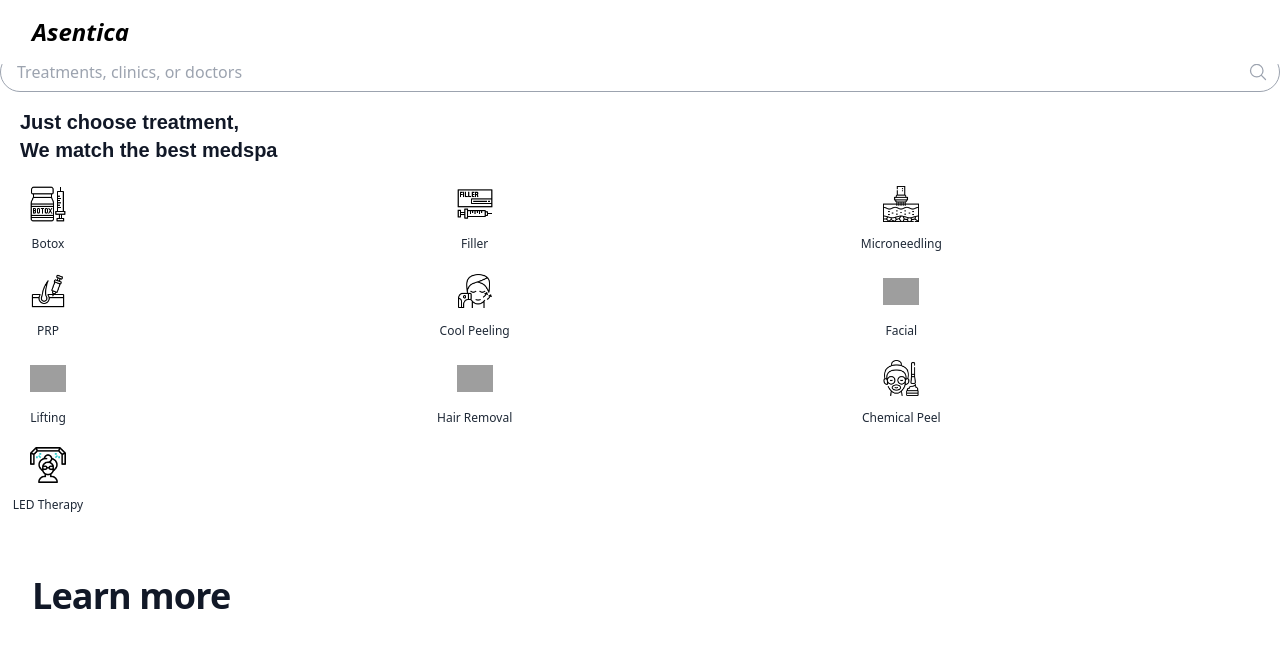
Repository: jungkeunhong/asentica_3rd
Page: /
These files come from the project's save history. The page is drawn as it stood at one moment and after a run of saves; the edit follows.
The browser window is 1280 px wide. The pictures show the part of the page from y = 0 to 648 px (the page is 2008 px tall).
Pictures or frames that could not be fetched are drawn as grey boxes. Some web fonts or font styles are not loaded; a fallback is used. The project was rebuilt for these pictures with package versions that can differ from the ones it lists, and the page was loaded fresh each time. The framework's server and built-in components were replaced by stand-ins that run in the browser. Also part of the build but not shown: next.config.js.

Above is the page before, as saved 2025-02-26 01:18:09.

After the next 2 saves:
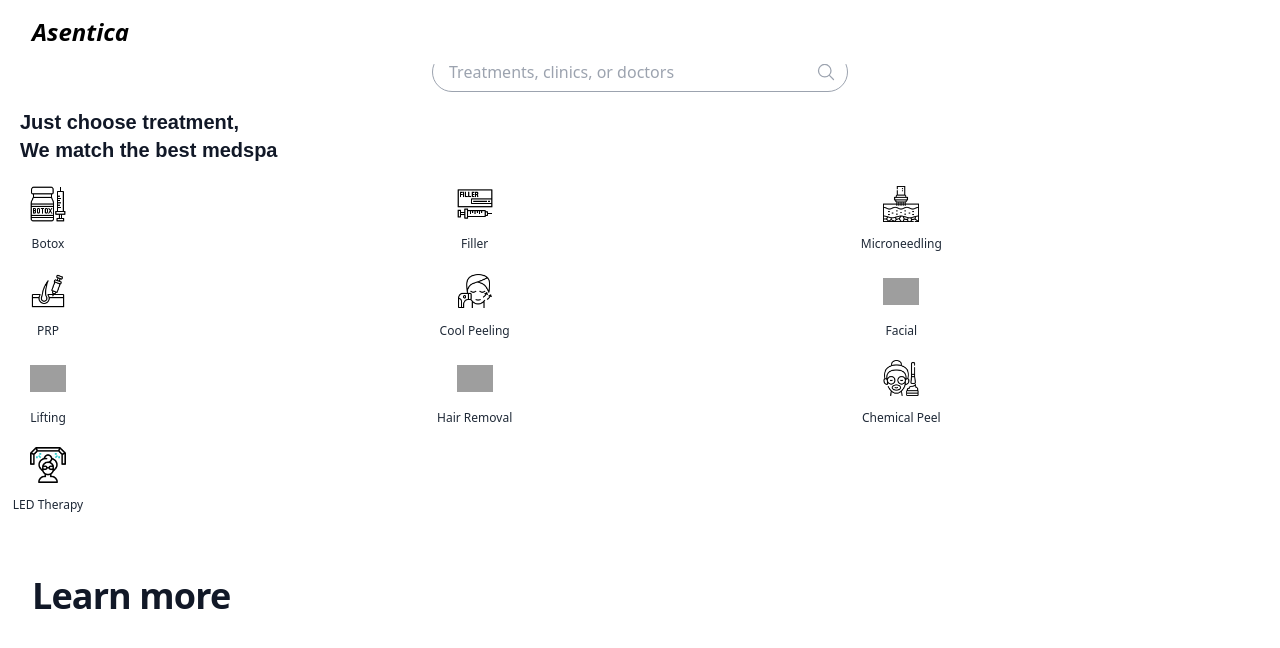
The 2 saves are shown as one change because 1 did not build or start.
The last was saved 3 min 10 s later.
--- a/src/app/page.tsx
+++ b/src/app/page.tsx
@@ -10,7 +10,9 @@ export default function Home() {
       <main className="min-h-screen bg-white pt-5">
         <div className="max-w-7xl mx-auto">
           <div className="bg-white py-8">
-            <SearchBar />
+            <div className="max-w-md mx-auto px-4">
+              <SearchBar />
+            </div>
             <CategoryGrid />
           </div>
           <FeaturedTreatments />
